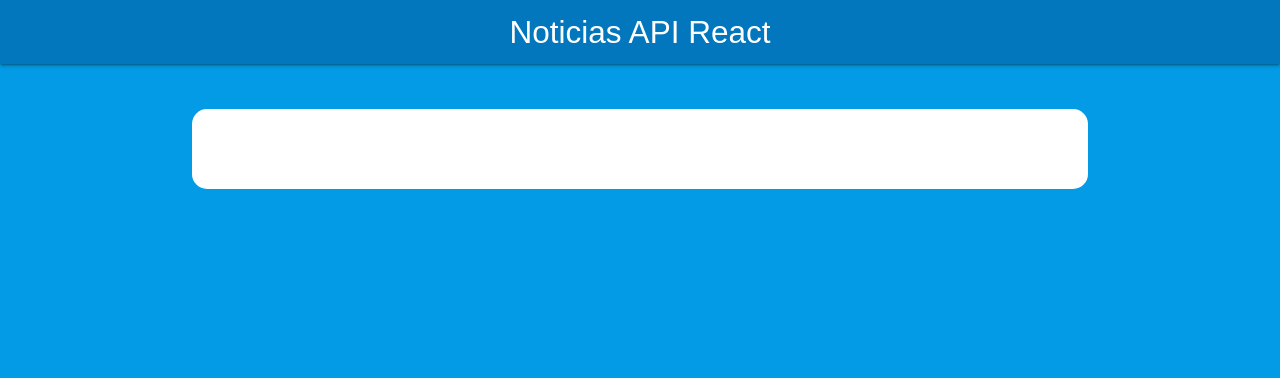
Repository: ppfeliuu/News-API-React
Page: /
An editor plug-in stored every save of this project. The page is shown before and after the next save, followed by the edit.
The browser window is 1280 px wide. The pictures show the whole page.
The page's requests for data from a server got no answer. The project was rebuilt for these pictures with package versions that can differ from the ones it lists, and the page was loaded fresh each time. No one was signed in, and anything a server would have sent is missing. Also part of the build but not shown: src/components/Noticia.js.

Above is the page before, as saved 2019-06-19 11:04:37.

### public/index.html
<!DOCTYPE html>
<html lang="en">
  <head>
    <meta charset="utf-8" />
    <link rel="shortcut icon" href="%PUBLIC_URL%/favicon.ico" />
    <meta name="viewport" content="width=device-width, initial-scale=1" />
    <meta name="theme-color" content="#000000" />
    <!--
      manifest.json provides metadata used when your web app is installed on a
      user's mobile device or desktop. See https://developers.google.com/web/fundamentals/web-app-manifest/
    -->
    <link rel="manifest" href="%PUBLIC_URL%/manifest.json" />

    <link rel="stylesheet" href="https://cdnjs.cloudflare.com/ajax/libs/materialize/1.0.0/css/materialize.min.css">
    <link href="https://fonts.googleapis.com/css?family=Raleway:700,900" rel="stylesheet">
    <!--
      Notice the use of %PUBLIC_URL% in the tags above.
      It will be replaced with the URL of the `public` folder during the build.
      Only files inside the `public` folder can be referenced from the HTML.

      Unlike "/favicon.ico" or "favicon.ico", "%PUBLIC_URL%/favicon.ico" will
      work correctly both with client-side routing and a non-root public URL.
      Learn how to configure a non-root public URL by running `npm run build`.
    -->
    <title>React App</title>
  </head>
  <body>
    <noscript>You need to enable JavaScript to run this app.</noscript>
    <div id="root"></div>
    <!--
      This HTML file is a template.
      If you open it directly in the browser, you will see an empty page.

      You can add webfonts, meta tags, or analytics to this file.
      The build step will place the bundled scripts into the <body> tag.

      To begin the development, run `npm start` or `yarn start`.
      To create a production bundle, use `npm run build` or `yarn build`.
    -->
    <script src="https://cdnjs.cloudflare.com/ajax/libs/materialize/1.0.0/js/materialize.min.js"></script>
     <script>
      document.addEventListener('DOMContentLoaded', function() {
          var elements = document.querySelectorAll('select');
          M.FormSelect.init(elements);
      });
    </script>
  </body>
</html>

### src/index.css
body {
  margin: 0;
  padding: 0;
  font-family: sans-serif;
}

body {
  background-color: #039be5;
}
.card-content h3 {
  font-size: 1.4rem;
}
.row {
  display: flex;
  flex-wrap: wrap;
}
.contenedor-noticias {
  padding: 2rem;
  border-radius: 1rem;
  margin-top: 3rem;
}

.buscador {
  margin-top: 2rem;
  margin-bottom: 2rem;
  text-align: left;
}
.buscador label {
  font-size: 2rem;
  color: black;
}
.dropdown-content li>span {
  color: black;
}
.select-wrapper input.select-dropdown:focus {
  border-bottom: 1px solid #e64a19!important;
}
h2 {
  font-family: 'Raleway', sans-serif;
  font-weight: 900;
  font-size: 2rem;
  text-transform: uppercase;
  text-align: center;
}

.card-action .btn {
  width: 100%;
}
.enviar input[type="submit"] {
  width: 100%;
}

.fade-enter {
  opacity: 0;
  transform: scale(1.25);
}
.fade-enter.fade-enter-active {
  opacity: 1;
  transition: all .5s ease-in;
  transform: scale(1);
}

.fade-exit {
  opacity: 1;
  transform: scale(1.25);
}
.fade-exit.fade-exit-active {
  opacity: 0;
  transition: all .5s ease-in;
  transform: scale(1);
}

### src/App.js
import React, { Component, Fragment } from 'react';
import Header from './components/Header';
import ListaNoticias from './components/ListaNoticias'

class App extends Component {
  state = {
    noticias: []
   }

  componentDidMount() {
    this.consultarNoticias();
  }

  consultarNoticias = async () => {
    const url = `https://newsapi.org/v2/top-headlines?country=us&category=business&apiKey=d366c02b66b04ee2bb3309e8e90df583`;

    const respuesta = await fetch(url);
    const noticias = await respuesta.json();

    this.setState({
      noticias: noticias.articles
    })
  }

  render() {
    return (
      <Fragment>
        <Header titulo="Noticias API React"/>
        <div className="container white contenedor-noticias">
            <ListaNoticias
              noticias={this.state.noticias}
            />
        </div>
      </Fragment>
    );
  }
}


export default App;

### src/components/Header.js
import React from 'react';

const Header = ({titulo}) => (
    <nav className="nav-wrapper light-blue darken-3">
        <a className="brand-logo center">{titulo}</a>

    </nav>
);

export default Header;

### src/components/ListaNoticias.js
import React from 'react';
import Noticia from './Noticia'

const ListaNoticias = ({noticias}) =>
(
    <div className="row">
        {noticias.map(noticia => (
            <Noticia
                key={noticia.url}
                noticia={noticia}
            />
        ))}
    </div>
);


export default ListaNoticias;

### src/components/Formulario.js
import React, { Component } from 'react';

class Formulario extends Component {
    state = {  }
    render() {
        return (
            <div className="buscador row">
                <div className="col s12 m8 offset-2">
                    <form >
                        <h2>Encuentra por categoría</h2>
                    </form>
                </div>
            </div>
         );
    }
}

export default Formulario;

Loaded but not shown: src/index.js (common file); src/serviceWorker.js (common file)

After the next save:
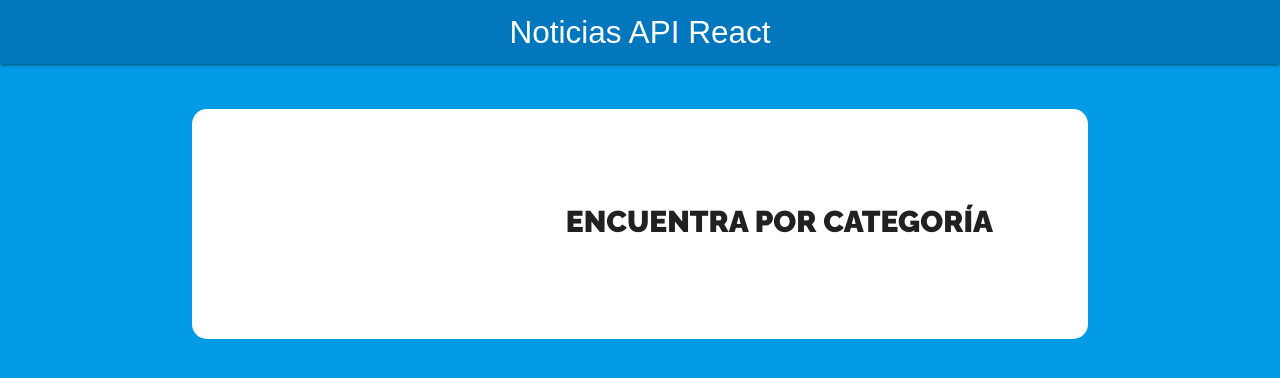
Saved 31 s later.
--- a/src/App.js
+++ b/src/App.js
@@ -1,6 +1,7 @@
 import React, { Component, Fragment } from 'react';
 import Header from './components/Header';
 import ListaNoticias from './components/ListaNoticias'
+import Formulario from './components/Formulario'
 
 class App extends Component {
   state = {
@@ -27,6 +28,7 @@ class App extends Component {
       <Fragment>
         <Header titulo="Noticias API React"/>
         <div className="container white contenedor-noticias">
+            <Formulario />
             <ListaNoticias
               noticias={this.state.noticias}
             />
